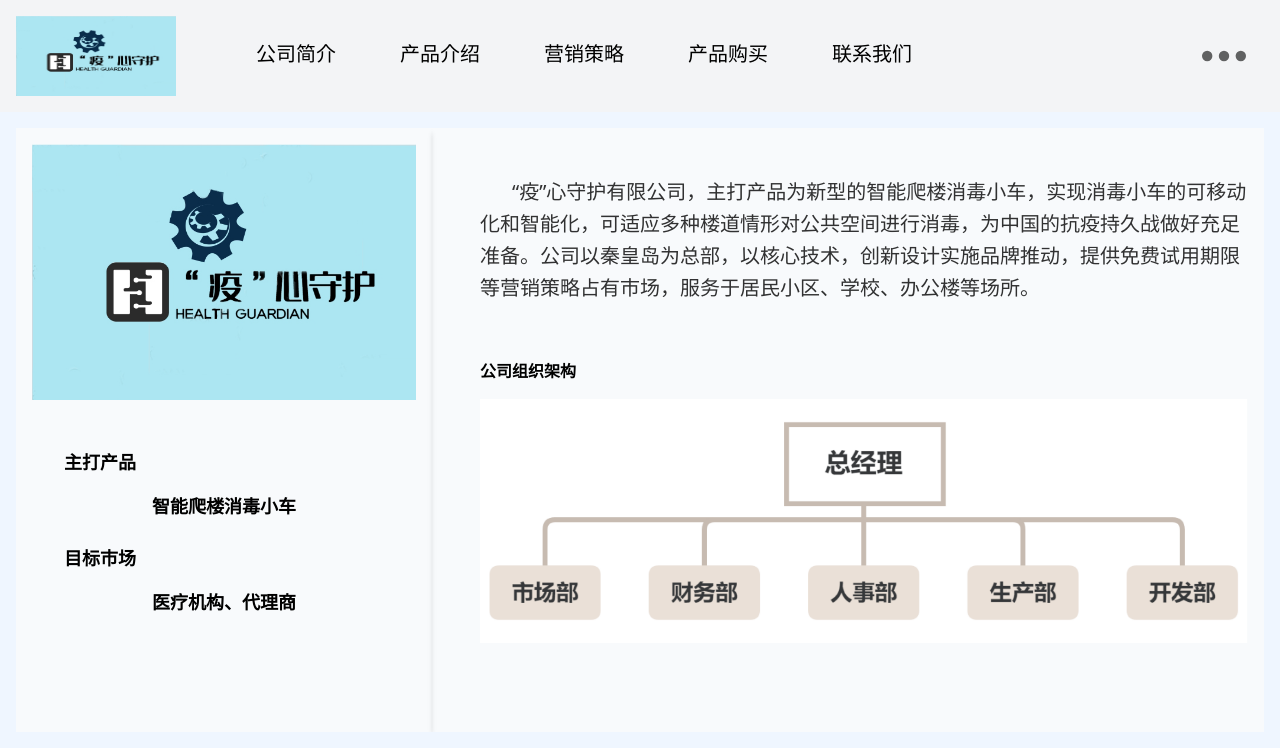
Repository: LiuRuohui/company_introduction
Page: /#/introduction
The author's editor kept a copy of each file at every save. The page is drawn from the files as they stood at one save, then again after the next save.
The browser window is 1280 px wide. The pictures show the whole page.
The project was rebuilt for these pictures with package versions that can differ from the ones it lists, and the page was loaded fresh each time. Also part of the build but not shown: vite.config.js, src/components/product.vue, src/components/purchase.vue, src/components/strategy.vue, src/components/contact.vue.

Above is the page before, as saved 2022-05-12 23:17:02.

### index.html
<!DOCTYPE html>
<html lang="en">
  <head>
    <meta charset="UTF-8" />
    <link rel="icon" href="/favicon.ico" />
    <meta name="viewport" content="width=device-width, initial-scale=1.0" />
    <title>COMPANY_INTRODUCTION</title>
  </head>
  <body>
    <div id="app"></div>
    <script type="module" src="/src/main.js"></script>
  </body>
</html>

### src/main.js
import { createApp } from 'vue'
import "./index.css";
//引入路由器
import router from '../src/router/route.js'

import App from './App.vue'

const app = createApp(App);
app.use(router);
app.mount('#app');

### src/index.css
/* ./src/index.css */

@tailwind base;
@tailwind components;
.inputFrame {
  @apply w-full content-center text-base px-4 py-2 border-b rounded-2xl border-gray-300;
}

.inputFrame:focus {
  @apply outline-none border-indigo-500;
}

.btn {
  @apply w-full flex justify-center bg-gradient-to-r from-indigo-500 to-blue-600 text-gray-100 p-4 rounded-full tracking-wide font-semibold shadow-lg cursor-pointer transition ease-in duration-500;
}

.btn:hover {
  @apply bg-gradient-to-l from-blue-500 to-indigo-600;
}

.label {
  @apply ml-3 text-sm font-bold text-gray-700 tracking-wide;
}

@tailwind utilities;

### src/router/route.js
import { createRouter, createWebHashHistory } from "vue-router";
//引入组件
import Introduction from "../components/introduction.vue"
import Product from "../components/product.vue"
import Purchase from "../components/purchase.vue"
import Strategy from "../components/strategy.vue"
import Contact from "../components/contact.vue"

const route = [
    {
        path:'/introduction',
        component:Introduction
    },
    {
        path:'/product',
        component:Product
    },
    {
        path:'/strategy',
        component:Strategy
    },
    {
        path:'/purchase',
        component:Purchase
    },
    {
        path:'/contact',
        component:Contact
    },
]

// 创建路由对象
const router = createRouter({
    history: createWebHashHistory(),
    routes: route
  });


export default router

### src/App.vue
<script setup>
import MainPage from './components/mainPage.vue';
// This starter template is using Vue 3 <script setup> SFCs
// Check out https://vuejs.org/api/sfc-script-setup.html#script-setup

</script>

<template>
<MainPage class="select-none"></MainPage>
</template>

<style>
	/* Hide scrollbar for Chrome, Safari and Opera */
	.no-scrollbar::-webkit-scrollbar {
		display: none;
	}

	/* Hide scrollbar for IE, Edge and Firefox */
	.no-scrollbar {
		-ms-overflow-style: none; /* IE and Edge */
		scrollbar-width: none; /* Firefox */
	}
</style>

### src/components/introduction.vue
<script setup>
const intro = "“疫”心守护有限公司，主打产品为新型的智能爬楼消毒小车，实现消毒小车的可移动化和智能化，可适应多种楼道情形对公共空间进行消毒，为中国的抗疫持久战做好充足准备。公司以秦皇岛为总部，以核心技术，创新设计实施品牌推动，提供免费试用期限等营销策略占有市场，服务于居民小区、学校、办公楼等场所。"
</script>

<template>
    <div class="w-full m-4 flex flex-row bg-slate-50 overflow-y-auto no-scrollbar">
        <div class="flex h-full w-1/3 shadow-md">
            <div class="m-4 w-full flex flex-col">
                <img src="/src/assets/logo.png" class="h-64" alt="">
                <div class="flex flex-grow my-4">
                    <div class="w-full m-8 flex flex-col text-lg font-sans font-bold">
                        <div class="w-full h-24">
                            主打产品
                            <div class="w-full text-center mt-4">智能爬楼消毒小车</div>
                        </div>
                        <div class="w-full h-24">
                            目标市场
                             <div class="w-full text-center mt-4">医疗机构、代理商</div>
                        </div>
                    </div>
                </div>
            </div>
        </div>
        <div class="flex flex-grow flex-col shadow-md w-2/3">
            <div class="m-4 w-full h-1/4 text-ellipsis">
                <div class="m-8 leading-8 indent-8 opacity-80 hover:opacity-100 hover:cursor-pointer font-sans text-left break-normal text-xl font-medium">{{intro}}</div>
            </div>
            <div class="m-4 w-full flex flex-grow flex-row">
                <div class="m-8 font-bold">
                    公司组织架构
                    <img src="/src/assets/structure.png" alt="公司组织架构图" class="mt-4">
                </div>
                <div></div>
            </div>
        </div>
    </div>
</template>

### src/components/mainPage.vue
<script setup></script>

<template>
    <div class="min-h-screen w-full flex flex-col bg-white">
        <div class="w-full h-28 flex flex-row bg-gray-100">
            <div class="h-full flex flex-col">
                <img
                    src="/src/assets/logo.png"
                    alt="公司图标"
                    class="h-20 m-4 w-40"
                />
            </div>
            <div class="flex font-sans text-xl ml-8">
                <router-link
                    active-class="active"
                    to="/introduction"
                    class="px-8 pt-10 hover:cursor-pointer hover:bg-blue-300"
                    >公司简介</router-link
                >
                <router-link
                    active-class="active"
                    to="/product"
                    class="px-8 pt-10 hover:cursor-pointer hover:bg-blue-300"
                    >产品介绍</router-link
                >
                <router-link
                    active-class="active"
                    to="/strategy"
                    class="px-8 pt-10 hover:cursor-pointer hover:bg-blue-300"
                    >营销策略</router-link
                >
                <router-link
                    active-class="active"
                    to="/purchase"
                    class="px-8 pt-10 hover:cursor-pointer hover:bg-blue-300"
                    >产品购买</router-link
                >
                <router-link
                    active-class="active"
                    to="/contact"
                    class="px-8 pt-10 hover:cursor-pointer hover:bg-blue-300"
                    >联系我们</router-link
                >
            </div>
            <div class="flex flex-grow flex-row-reverse">
                <img
                    src="/src/assets/more.svg"
                    alt="更多"
                    class="w-16 h-16 opacity-60 mt-6 mr-6 hover:cursor-pointer"
                />
            </div>
        </div>
        <div class="w-full flex flex-grow bg-blue-50">
            <router-view></router-view>
        </div>
    </div>
</template>

<style></style>

### tailwind.config.js
module.exports = {
  content: [
      "./index.html",
      "./src/**/*.{vue,js,ts,jsx,tsx}",
  ],
  theme: {
      extend: {},
  },
  plugins: [],
}

After the next save:
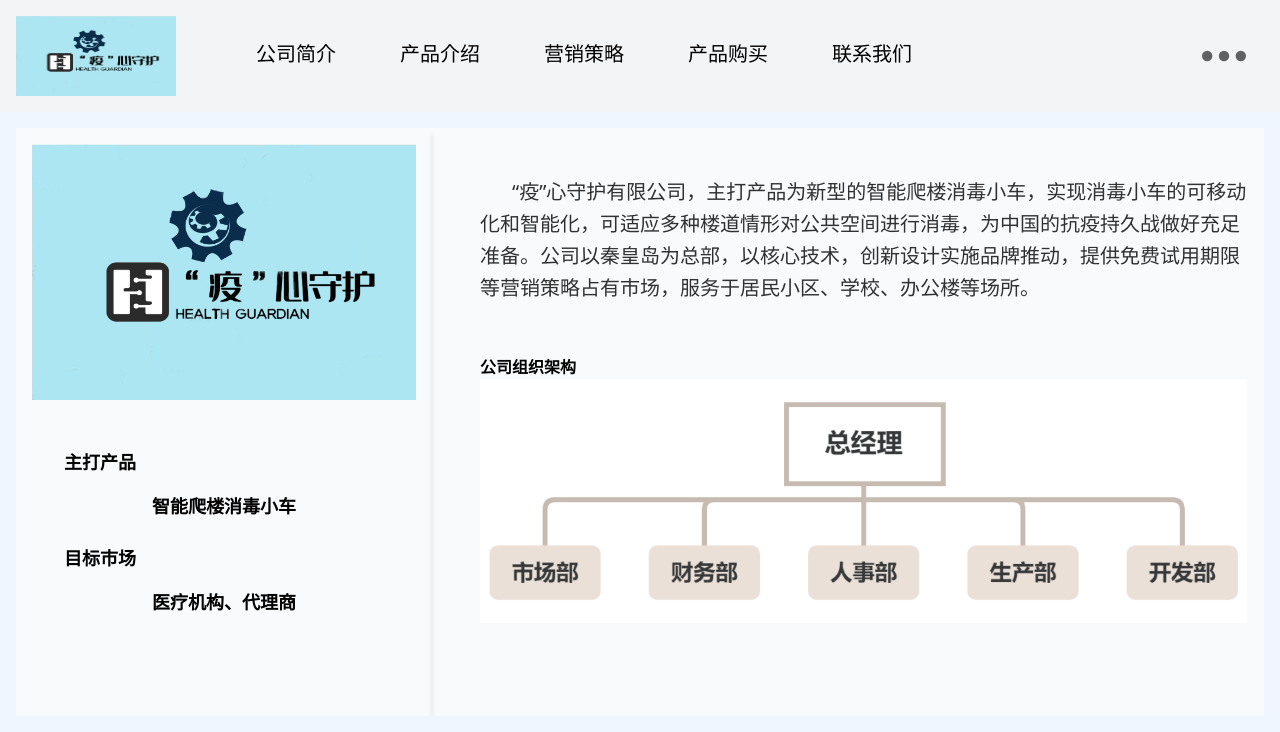
Saved 12 s later.
--- a/src/components/introduction.vue
+++ b/src/components/introduction.vue
@@ -28,7 +28,7 @@
             <div class="m-4 w-full flex flex-grow flex-row">
                 <div class="m-8 font-bold">
                     公司组织架构
-                    <img src="/src/assets/structure.png" alt="公司组织架构图" class="mt-4">
+                    <img src="/src/assets/structure.png" alt="公司组织架构图" class="">
                 </div>
                 <div></div>
             </div>
